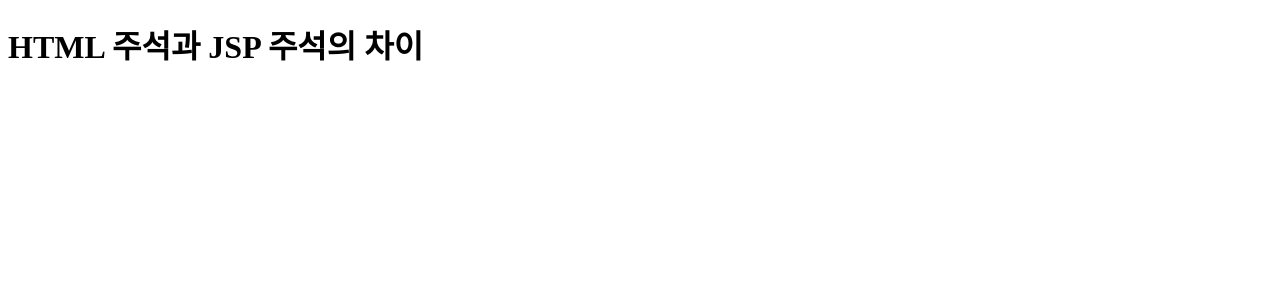
Repository: sunyeongan/Univ_lecture
Page: http://localhost/NewJSP2/Ex6_comment.jsp
An editor plug-in stored every save of this project. The page is shown before and after the next save, followed by the edit.
The browser window is 1280 px wide. The pictures show the whole page.
The page is served by Tomcat 9.

Above is the page before, as saved 2022-04-09 09:07:09.

### WebSever_2022/work/week6_work/NewJSP2/src/main/webapp/Ex6_comment.jsp
<%@ page language="java" contentType="text/html; charset=UTF-8"
    pageEncoding="UTF-8"%>
<!DOCTYPE html>
<html>
<head>
<meta charset="UTF-8">
<title>Insert title here</title>
</head>
<body>
<h1> HTML 주석과 JSP 주석의 차이 </h1>
	<!-- 이것은 HTML 주석으로 웹 브라우저의 [소스보기]에서 보입니다. -->
	<%-- 다음은 자바 코드의 스크립트릿입니다. --%>
	<%
		String str;
		if(java.util.Calendar.getInstance().get(java.util.Calendar.HOUR_OF_DAY) >= 12)
			str = "오후";
		else
			str = "오전";
	%>

</body>
</html>

After the next save:
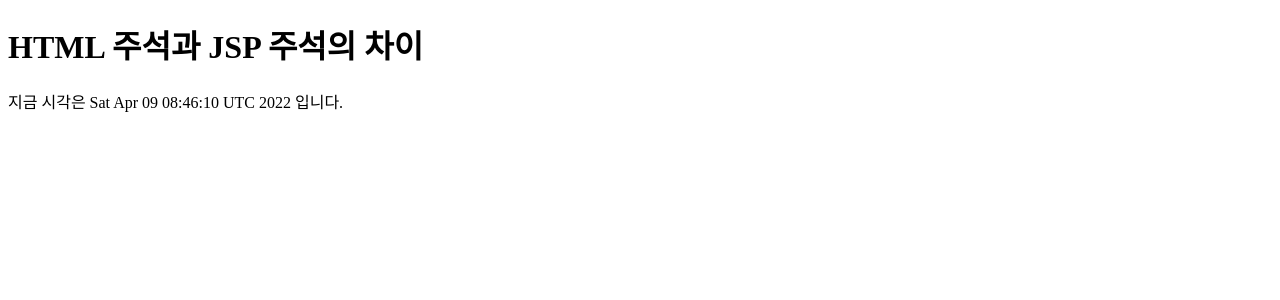
Saved 60 s later.
--- a/WebSever_2022/work/week6_work/NewJSP2/src/main/webapp/Ex6_comment.jsp
+++ b/WebSever_2022/work/week6_work/NewJSP2/src/main/webapp/Ex6_comment.jsp
@@ -17,6 +17,8 @@
 		else
 			str = "오전";
 	%>
+	<!-- 지금은 <%= str %> 입니다.  -->
+	지금 시각은 <%= new java.util.Date() %> 입니다.
 
 </body>
 </html>
